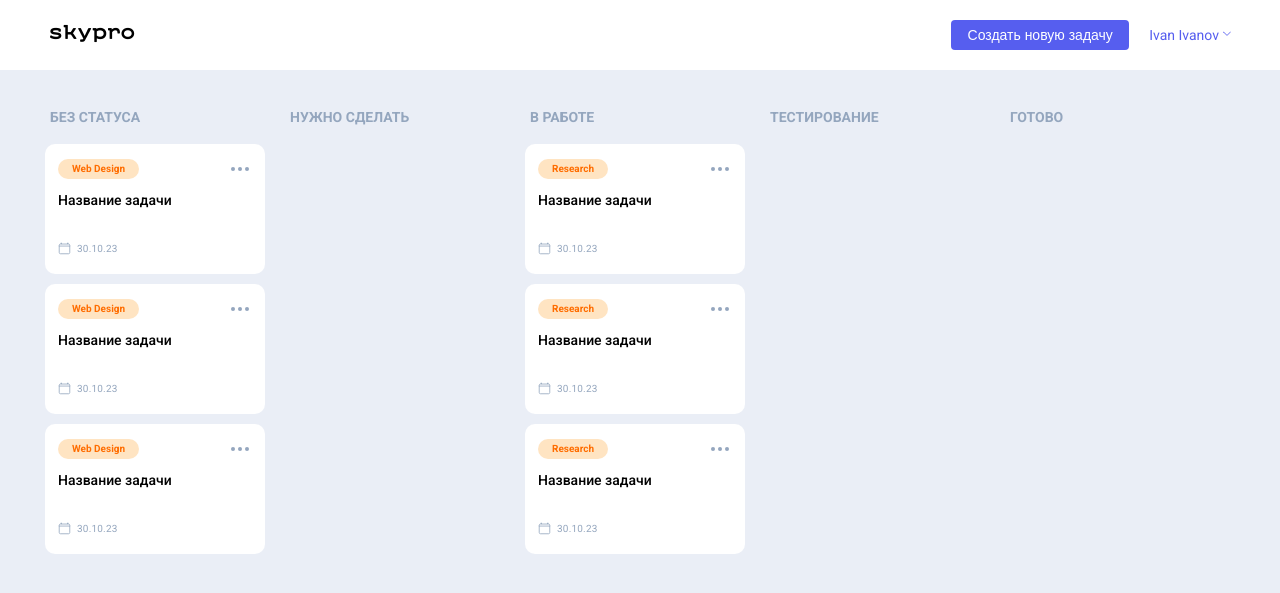
Repository: Olchik-resh/skypro-kanban
Page: /
The author's editor kept a copy of each file at every save. The page is drawn from the files as they stood at one save, then again after the next save.
The browser window is 1280 px wide. The pictures show the whole page.
The project was rebuilt for these pictures with package versions that can differ from the ones it lists, and the page was loaded fresh each time. Also part of the build but not shown: vite.config.js.

Above is the page before, as saved 2025-07-28 16:41:53.

### index.html
<!doctype html>
<html lang="">
  <head>
    <meta charset="UTF-8" />
    <link rel="icon" href="/public/favicon.ico" />
    <meta name="viewport" content="width=device-width, initial-scale=1.0" />
    <link rel="preconnect" href="https://fonts.googleapis.com" />
    <link rel="preconnect" href="https://fonts.gstatic.com" crossorigin />
    <link
      href="https://fonts.googleapis.com/css2?family=Roboto+Flex:opsz,wght@8..144,200;8..144,300;8..144,400;8..144,700;8..144,800;8..144,900&family=Roboto:wght@400;500;700&display=swap"
      rel="stylesheet"
    />
    <title>Skypro</title>
  </head>
  <body>
    <div id="app"></div>
    <script type="module" src="/src/main.js"></script>
  </body>
</html>

### src/views/HomeView.vue
<script setup>
import BaseHeader from '@/components/BaseHeader.vue'
import ExitModal from '@/components/ExitModal.vue'
import NewCardModal from '@/components/NewCardModal.vue'
import TaskDesk from '@/components/TaskDesk.vue'
import { onMounted, ref } from 'vue'

const loading = ref(true)
onMounted(() => {
  setTimeout(() => {
    loading.value = false
  }, 3000)
})
</script>

<template>
  <main>
    <div class="wrapper">
      <!-- pop-up start-->

      <div class="pop-exit" id="popExit">
        <ExitModal />
      </div>

      <div class="pop-new-card" id="popNewCard">
        <NewCardModal />
      </div>

      <div class="pop-browse" id="popBrowse">
        <div class="pop-browse__container">
          <div class="pop-browse__block">
            <div class="pop-browse__content">
              <div class="pop-browse__top-block">
                <h3 class="pop-browse__ttl">Название задачи</h3>
                <div class="categories__theme theme-top _orange _active-category">
                  <p class="_orange">Web Design</p>
                </div>
              </div>
              <div class="pop-browse__status status">
                <p class="status__p subttl">Статус</p>
                <div class="status__themes">
                  <div class="status__theme _hide">
                    <p>Без статуса</p>
                  </div>
                  <div class="status__theme _gray">
                    <p class="_gray">Нужно сделать</p>
                  </div>
                  <div class="status__theme _hide">
                    <p>В работе</p>
                  </div>
                  <div class="status__theme _hide">
                    <p>Тестирование</p>
                  </div>
                  <div class="status__theme _hide">
                    <p>Готово</p>
                  </div>
                </div>
              </div>
              <div class="pop-browse__wrap">
                <form class="pop-browse__form form-browse" id="formBrowseCard" action="#">
                  <div class="form-browse__block">
                    <label for="textArea01" class="subttl">Описание задачи</label>
                    <textarea
                      class="form-browse__area"
                      name="text"
                      id="textArea01"
                      readonly
                      placeholder="Введите описание задачи..."
                    ></textarea>
                  </div>
                </form>
                <div class="pop-new-card__calendar calendar">
                  <p class="calendar__ttl subttl">Даты</p>
                  <div class="calendar__block">
                    <div class="calendar__nav">
                      <div class="calendar__month">Сентябрь 2023</div>
                      <div class="nav__actions">
                        <div class="nav__action" data-action="prev">
                          <svg
                            xmlns="http://www.w3.org/2000/svg"
                            width="6"
                            height="11"
                            viewBox="0 0 6 11"
                          >
                            <path
                              d="M5.72945 1.95273C6.09018 1.62041 6.09018 1.0833 5.72945 0.750969C5.36622 0.416344 4.7754 0.416344 4.41218 0.750969L0.528487 4.32883C-0.176162 4.97799 -0.176162 6.02201 0.528487 6.67117L4.41217 10.249C4.7754 10.5837 5.36622 10.5837 5.72945 10.249C6.09018 9.9167 6.09018 9.37959 5.72945 9.04727L1.87897 5.5L5.72945 1.95273Z"
                            />
                          </svg>
                        </div>
                        <div class="nav__action" data-action="next">
                          <svg
                            xmlns="http://www.w3.org/2000/svg"
                            width="6"
                            height="11"
                            viewBox="0 0 6 11"
                          >
                            <path
                              d="M0.27055 9.04727C-0.0901833 9.37959 -0.0901832 9.9167 0.27055 10.249C0.633779 10.5837 1.2246 10.5837 1.58783 10.249L5.47151 6.67117C6.17616 6.02201 6.17616 4.97799 5.47151 4.32883L1.58782 0.75097C1.2246 0.416344 0.633778 0.416344 0.270549 0.75097C-0.0901831 1.0833 -0.090184 1.62041 0.270549 1.95273L4.12103 5.5L0.27055 9.04727Z"
                            />
                          </svg>
                        </div>
                      </div>
                    </div>
                    <div class="calendar__content">
                      <div class="calendar__days-names">
                        <div class="calendar__day-name">пн</div>
                        <div class="calendar__day-name">вт</div>
                        <div class="calendar__day-name">ср</div>
                        <div class="calendar__day-name">чт</div>
                        <div class="calendar__day-name">пт</div>
                        <div class="calendar__day-name -weekend-">сб</div>
                        <div class="calendar__day-name -weekend-">вс</div>
                      </div>
                      <div class="calendar__cells">
                        <div class="calendar__cell _other-month">28</div>
                        <div class="calendar__cell _other-month">29</div>
                        <div class="calendar__cell _other-month">30</div>
                        <div class="calendar__cell _cell-day">31</div>
                        <div class="calendar__cell _cell-day">1</div>
                        <div class="calendar__cell _cell-day _weekend">2</div>
                        <div class="calendar__cell _cell-day _weekend">3</div>
                        <div class="calendar__cell _cell-day">4</div>
                        <div class="calendar__cell _cell-day">5</div>
                        <div class="calendar__cell _cell-day">6</div>
                        <div class="calendar__cell _cell-day">7</div>
                        <div class="calendar__cell _cell-day _current">8</div>
                        <div class="calendar__cell _cell-day _weekend _active-day">9</div>
                        <div class="calendar__cell _cell-day _weekend">10</div>
                        <div class="calendar__cell _cell-day">11</div>
                        <div class="calendar__cell _cell-day">12</div>
                        <div class="calendar__cell _cell-day">13</div>
                        <div class="calendar__cell _cell-day">14</div>
                        <div class="calendar__cell _cell-day">15</div>
                        <div class="calendar__cell _cell-day _weekend">16</div>
                        <div class="calendar__cell _cell-day _weekend">17</div>
                        <div class="calendar__cell _cell-day">18</div>
                        <div class="calendar__cell _cell-day">19</div>
                        <div class="calendar__cell _cell-day">20</div>
                        <div class="calendar__cell _cell-day">21</div>
                        <div class="calendar__cell _cell-day">22</div>
                        <div class="calendar__cell _cell-day _weekend">23</div>
                        <div class="calendar__cell _cell-day _weekend">24</div>
                        <div class="calendar__cell _cell-day">25</div>
                        <div class="calendar__cell _cell-day">26</div>
                        <div class="calendar__cell _cell-day">27</div>
                        <div class="calendar__cell _cell-day">28</div>
                        <div class="calendar__cell _cell-day">29</div>
                        <div class="calendar__cell _cell-day _weekend">30</div>
                        <div class="calendar__cell _other-month _weekend">1</div>
                      </div>
                    </div>

                    <input type="hidden" id="datepick_value" value="08.09.2023" />
                    <div class="calendar__period">
                      <p class="calendar__p date-end">
                        Срок исполнения: <span class="date-control">09.09.23</span>
                      </p>
                    </div>
                  </div>
                </div>
              </div>
              <div class="theme-down__categories theme-down">
                <p class="categories__p subttl">Категория</p>
                <div class="categories__theme _orange _active-category">
                  <p class="_orange">Web Design</p>
                </div>
              </div>
              <div class="pop-browse__btn-browse">
                <div class="btn-group">
                  <button class="btn-browse__edit _btn-bor _hover03">
                    <a href="#">Редактировать задачу</a>
                  </button>
                  <button class="btn-browse__delete _btn-bor _hover03">
                    <a href="#">Удалить задачу</a>
                  </button>
                </div>
                <button class="btn-browse__close _btn-bg _hover01"><a href="#">Закрыть</a></button>
              </div>
              <div class="pop-browse__btn-edit _hide">
                <div class="btn-group">
                  <button class="btn-edit__edit _btn-bg _hover01"><a href="#">Сохранить</a></button>
                  <button class="btn-edit__edit _btn-bor _hover03"><a href="#">Отменить</a></button>
                  <button class="btn-edit__delete _btn-bor _hover03" id="btnDelete">
                    <a href="#">Удалить задачу</a>
                  </button>
                </div>
                <button class="btn-edit__close _btn-bg _hover01"><a href="#">Закрыть</a></button>
              </div>
            </div>
          </div>
        </div>
      </div>

      <!-- pop-up end-->
      <BaseHeader />
      <div class="loader" v-if="loading">Данные загружаются...</div>
      <TaskDesk v-else :loading="loading" />
    </div>
  </main>
</template>

### src/components/BaseHeader.vue
<template>
  <header class="header">
    <div class="container">
      <div class="header__block">
        <div class="header__logo _show _light">
          <a href="" target="_self"><img src="/src/assets/images/logo.png" alt="logo" /></a>
        </div>
        <div class="header__logo _dark">
          <a href="" target="_self"><img src="/src/assets/images/logo_dark.png" alt="logo" /></a>
        </div>
        <nav class="header__nav">
          <button class="header__btn-main-new _hover01" id="btnMainNew">
            <a href="#popNewCard">Создать новую задачу</a>
          </button>
          <UserModal />
        </nav>
      </div>
    </div>
  </header>
</template>

<script setup>
import UserModal from './UserModal.vue'
</script>

<style lang="scss" scoped></style>

### src/components/ExitModal.vue
<template>
  <div class="pop-exit__container">
    <div class="pop-exit__block">
      <div class="pop-exit__ttl">
        <h2>Выйти из аккаунта?</h2>
      </div>
      <form class="pop-exit__form" id="formExit" action="#">
        <div class="pop-exit__form-group">
          <button class="pop-exit__exit-yes _hover01" id="exitYes">
            <a href="modal/signin.html">Да, выйти</a>
          </button>
          <button class="pop-exit__exit-no _hover03" id="exitNo">
            <a href="main.html">Нет, остаться</a>
          </button>
        </div>
      </form>
    </div>
  </div>
</template>

<script setup></script>

<style lang="scss" scoped></style>

### src/components/NewCardModal.vue
<template>
  <div class="pop-new-card__container">
    <div class="pop-new-card__block">
      <div class="pop-new-card__content">
        <h3 class="pop-new-card__ttl">Создание задачи</h3>
        <a href="#" class="pop-new-card__close">&#10006;</a>
        <div class="pop-new-card__wrap">
          <form class="pop-new-card__form form-new" id="formNewCard" action="#">
            <div class="form-new__block">
              <label for="formTitle" class="subttl">Название задачи</label>
              <input
                class="form-new__input"
                type="text"
                name="name"
                id="formTitle"
                placeholder="Введите название задачи..."
                autofocus
              />
            </div>
            <div class="form-new__block">
              <label for="textArea" class="subttl">Описание задачи</label>
              <textarea
                class="form-new__area"
                name="text"
                id="textArea"
                placeholder="Введите описание задачи..."
              ></textarea>
            </div>
          </form>
          <div class="pop-new-card__calendar calendar">
            <p class="calendar__ttl subttl">Даты</p>
            <div class="calendar__block">
              <div class="calendar__nav">
                <div class="calendar__month">Сентябрь 2023</div>
                <div class="nav__actions">
                  <div class="nav__action" data-action="prev">
                    <svg
                      xmlns="http://www.w3.org/2000/svg"
                      width="6"
                      height="11"
                      viewBox="0 0 6 11"
                    >
                      <path
                        d="M5.72945 1.95273C6.09018 1.62041 6.09018 1.0833 5.72945 0.750969C5.36622 0.416344 4.7754 0.416344 4.41218 0.750969L0.528487 4.32883C-0.176162 4.97799 -0.176162 6.02201 0.528487 6.67117L4.41217 10.249C4.7754 10.5837 5.36622 10.5837 5.72945 10.249C6.09018 9.9167 6.09018 9.37959 5.72945 9.04727L1.87897 5.5L5.72945 1.95273Z"
                      />
                    </svg>
                  </div>
                  <div class="nav__action" data-action="next">
                    <svg
                      xmlns="http://www.w3.org/2000/svg"
                      width="6"
                      height="11"
                      viewBox="0 0 6 11"
                    >
                      <path
                        d="M0.27055 9.04727C-0.0901833 9.37959 -0.0901832 9.9167 0.27055 10.249C0.633779 10.5837 1.2246 10.5837 1.58783 10.249L5.47151 6.67117C6.17616 6.02201 6.17616 4.97799 5.47151 4.32883L1.58782 0.75097C1.2246 0.416344 0.633778 0.416344 0.270549 0.75097C-0.0901831 1.0833 -0.090184 1.62041 0.270549 1.95273L4.12103 5.5L0.27055 9.04727Z"
                      />
                    </svg>
                  </div>
                </div>
              </div>
              <div class="calendar__content">
                <div class="calendar__days-names">
                  <div class="calendar__day-name">пн</div>
                  <div class="calendar__day-name">вт</div>
                  <div class="calendar__day-name">ср</div>
                  <div class="calendar__day-name">чт</div>
                  <div class="calendar__day-name">пт</div>
                  <div class="calendar__day-name -weekend-">сб</div>
                  <div class="calendar__day-name -weekend-">вс</div>
                </div>
                <div class="calendar__cells">
                  <div class="calendar__cell _other-month">28</div>
                  <div class="calendar__cell _other-month">29</div>
                  <div class="calendar__cell _other-month">30</div>
                  <div class="calendar__cell _cell-day">31</div>
                  <div class="calendar__cell _cell-day">1</div>
                  <div class="calendar__cell _cell-day _weekend">2</div>
                  <div class="calendar__cell _cell-day _weekend">3</div>
                  <div class="calendar__cell _cell-day">4</div>
                  <div class="calendar__cell _cell-day">5</div>
                  <div class="calendar__cell _cell-day">6</div>
                  <div class="calendar__cell _cell-day">7</div>
                  <div class="calendar__cell _cell-day _current">8</div>
                  <div class="calendar__cell _cell-day _weekend">9</div>
                  <div class="calendar__cell _cell-day _weekend">10</div>
                  <div class="calendar__cell _cell-day">11</div>
                  <div class="calendar__cell _cell-day">12</div>
                  <div class="calendar__cell _cell-day">13</div>
                  <div class="calendar__cell _cell-day">14</div>
                  <div class="calendar__cell _cell-day">15</div>
                  <div class="calendar__cell _cell-day _weekend">16</div>
                  <div class="calendar__cell _cell-day _weekend">17</div>
                  <div class="calendar__cell _cell-day">18</div>
                  <div class="calendar__cell _cell-day">19</div>
                  <div class="calendar__cell _cell-day">20</div>
                  <div class="calendar__cell _cell-day">21</div>
                  <div class="calendar__cell _cell-day">22</div>
                  <div class="calendar__cell _cell-day _weekend">23</div>
                  <div class="calendar__cell _cell-day _weekend">24</div>
                  <div class="calendar__cell _cell-day">25</div>
                  <div class="calendar__cell _cell-day">26</div>
                  <div class="calendar__cell _cell-day">27</div>
                  <div class="calendar__cell _cell-day">28</div>
                  <div class="calendar__cell _cell-day">29</div>
                  <div class="calendar__cell _cell-day _weekend">30</div>
                  <div class="calendar__cell _other-month _weekend">1</div>
                </div>
              </div>

              <input type="hidden" id="datepick_value" value="08.09.2023" />
              <div class="calendar__period">
                <p class="calendar__p date-end">
                  Выберите срок исполнения <span class="date-control"></span>.
                </p>
              </div>
            </div>
          </div>
        </div>
        <div class="pop-new-card__categories categories">
          <p class="categories__p subttl">Категория</p>
          <div class="categories__themes">
            <div class="categories__theme _orange _active-category">
              <p class="_orange">Web Design</p>
            </div>
            <div class="categories__theme _green">
              <p class="_green">Research</p>
            </div>
            <div class="categories__theme _purple">
              <p class="_purple">Copywriting</p>
            </div>
          </div>
        </div>
        <button class="form-new__create _hover01" id="btnCreate">Создать задачу</button>
      </div>
    </div>
  </div>
</template>

<script setup></script>

<style lang="scss" scoped></style>

### src/components/TaskDesk.vue
<template>
  <main class="main">
    <div class="container">
      <div class="main__block">
        <div class="main__content">
          <TaskColumn :tasks="noStatusTask" title="Без статуса" />
          <TaskColumn :tasks="doStatusTask" title="Нужно сделать" />
          <TaskColumn :tasks="workStatusTask" title="В работе" />
          <TaskColumn :tasks="testStatusTask" title="Тестирование" />
          <TaskColumn :tasks="readyStatusTask" title="Готово" />
        </div>
      </div>
    </div>
  </main>
</template>

<script setup>
import { computed, onMounted, ref } from 'vue'
import TaskColumn from './TaskColumn.vue'
import { getTasks } from './mokcs/tasks.js'
const tasks = ref([])
onMounted(() => {
  tasks.value = getTasks()
  console.log(tasks.value)
})
const noStatusTask = computed(() => {
  return tasks.value.filter((el) => {
    return el.status === 'Без статуса'
  })
})

const doStatusTask = computed(() => {
  return tasks.value.filter((el) => {
    return el.status === 'Нужно сделать'
  })
})

const workStatusTask = computed(() => {
  return tasks.value.filter((el) => {
    return el.status === 'В работе'
  })
})
const testStatusTask = computed(() => {
  return tasks.value.filter((el) => {
    return el.status === 'Тестирование'
  })
})
const readyStatusTask = computed(() => {
  return tasks.value.filter((el) => {
    return el.status === 'Готово'
  })
})
onMounted(() => {
  tasks.value = getTasks()
})
</script>

<style lang="scss" scoped></style>

### src/components/UserModal.vue
<template>
  <a
    href="#user-set-target"
    class="header__user _hover02"
    @click="isUserModalVisible = !isUserModalVisible"
    >Ivan Ivanov</a
  >
  <div class="header__pop-user-set pop-user-set" id="user-set-target" v-if="!isUserModalVisible">
    <p class="pop-user-set__name">Ivan Ivanov</p>
    <p class="pop-user-set__mail">ivan.ivanov@gmail.com</p>
    <div class="pop-user-set__theme">
      <p>Темная тема</p>
      <input type="checkbox" class="checkbox" name="checkbox" />
    </div>
    <button type="button" class="_hover03"><a href="#popExit">Выйти</a></button>
  </div>
</template>

<script setup>
import { ref } from 'vue'
const isUserModalVisible = ref(true)
</script>

<style lang="scss" scoped></style>

### src/components/TaskColumn.vue
<template>
  <div class="main__column column">
    <div class="column__title">
      <p>{{ title }}</p>
    </div>
    <TaskCard
      v-for="task in tasks"
      :key="task.id"
      :title="task.title"
      :status="task.status"
      :topic="task.topic"
      :date="task.date"
    />
  </div>
</template>

<script setup>
import TaskCard from './TaskCard.vue'

defineProps({
  tasks: { type: Array, require: true },
  title: { type: String, require: true },
})
</script>

<style lang="scss" scoped></style>

### src/components/mokcs/tasks.js
const tasks = [
  { id: 1, topic: 'Web Design', title: 'Название задачи', date: '30.10.23', status: 'Без статуса' },
  { id: 2, topic: 'Research', title: 'Название задачи', date: '30.10.23', status: 'В работе' },
  { id: 3, topic: 'Copywriting', title: 'Название задачи', date: '30.10.23', status: '' },
]

// export const noStatusTask = tasks.filter(task => task.status === 'Без статуса');
// export const doStatusTask = tasks.filter(task => task.status === 'Нужно сделать');
// export const workStatusTask = tasks.filter(task => task.status === 'В работе');
// export const testStatusTask = tasks.filter(task => task.status === 'Тестирование');
// export const readyStatusTask = tasks.filter(task => task.status === 'Готово');

export function getTasks() {
  return tasks
}

### src/components/TaskCard.vue
<template>
  <div class="cards" v-for="task in tasks" :key="task.id">
    <div class="cards__item">
      <div class="cards__card card">
        <div class="card__group">
          <div class="card__theme _orange">
            <p class="_orange">{{ topic }}</p>
          </div>
          <a href="#popBrowse" target="_self">
            <div class="card__btn">
              <div></div>
              <div></div>
              <div></div>
            </div>
          </a>
        </div>
        <div class="card__content">
          <a href="" target="_blank">
            <h3 class="card__title">{{ title }}</h3>
          </a>
          <div class="card__date">
            <svg
              xmlns="http://www.w3.org/2000/svg"
              width="13"
              height="13"
              viewBox="0 0 13 13"
              fill="none"
            >
              <g clip-path="url(#clip0_1_415)">
                <path
                  d="M10.5625 2.03125H2.4375C1.7644 2.03125 1.21875 2.5769 1.21875 3.25V10.5625C1.21875 11.2356 1.7644 11.7812 2.4375 11.7812H10.5625C11.2356 11.7812 11.7812 11.2356 11.7812 10.5625V3.25C11.7812 2.5769 11.2356 2.03125 10.5625 2.03125Z"
                  stroke="#94A6BE"
                  stroke-width="0.8"
                  stroke-linejoin="round"
                />
                <path
                  d="M11.7812 4.0625H1.21875M3.25 1.21875V2.03125V1.21875ZM9.75 1.21875V2.03125V1.21875Z"
                  stroke="#94A6BE"
                  stroke-width="0.8"
                  stroke-linecap="round"
                  stroke-linejoin="round"
                />
              </g>
              <defs>
                <clipPath id="clip0_1_415">
                  <rect width="13" height="13" fill="white" />
                </clipPath>
              </defs>
            </svg>
            <p>{{ date }}</p>
          </div>
        </div>
      </div>
    </div>
  </div>
</template>

<script setup>
import { getTasks } from './mokcs/tasks.js'
import { onMounted, ref } from 'vue'
const tasks = ref([])
onMounted(() => {
  tasks.value = getTasks()
})
defineProps({
  topic: String,
  title: String,
  date: String,
  status: String,
})
</script>

<style lang="scss" scoped></style>

Loaded but not shown: src/App.vue (common file); src/router/index.js (common file); src/main.js (8 lines, source omitted); src/assets/css/main.css (1107 lines, source omitted)

After the next save:
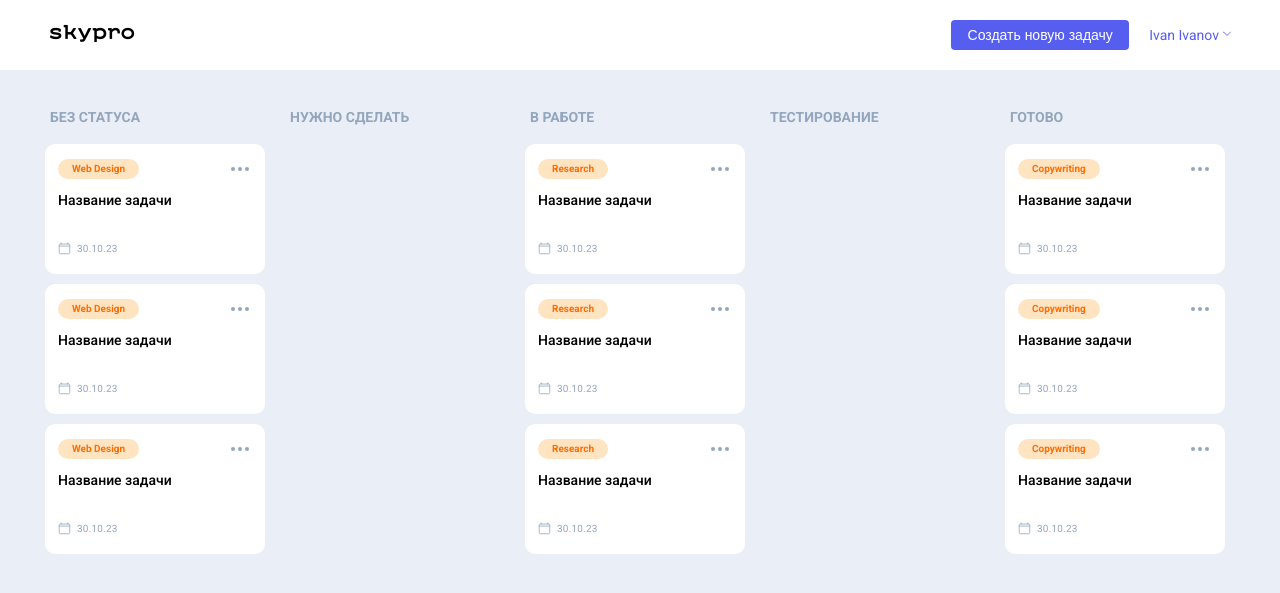
Saved 6 s later.
--- a/src/components/mokcs/tasks.js
+++ b/src/components/mokcs/tasks.js
@@ -1,7 +1,7 @@
 const tasks = [
   { id: 1, topic: 'Web Design', title: 'Название задачи', date: '30.10.23', status: 'Без статуса' },
   { id: 2, topic: 'Research', title: 'Название задачи', date: '30.10.23', status: 'В работе' },
-  { id: 3, topic: 'Copywriting', title: 'Название задачи', date: '30.10.23', status: '' },
+  { id: 3, topic: 'Copywriting', title: 'Название задачи', date: '30.10.23', status: 'Готово' },
 ]
 
 // export const noStatusTask = tasks.filter(task => task.status === 'Без статуса');
